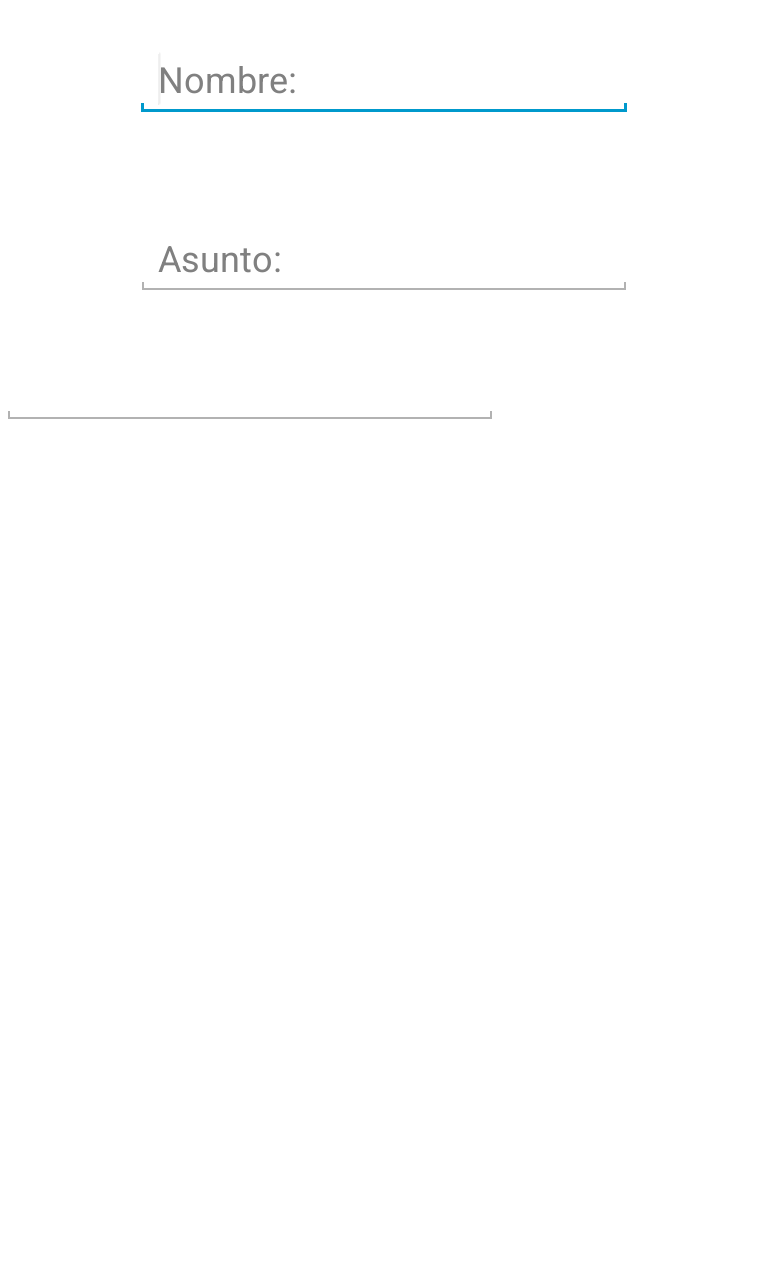
Repository: armandobs94/Dental.App
Layout: AplicacionMovil/DentalApp/Dental.App/res/layout/layout_contacto.xml
The author's editor kept a copy of each file at every save. The layout is drawn from the files as they stood at one save, then again after the next save.
It is drawn on a 768 x 1280 px phone screen (xhdpi) without system bars, with theme AppTheme; the app's code is not run.

Above is the layout before, as saved 2015-06-13 03:37:52.

### AplicacionMovil/DentalApp/Dental.App/res/layout/layout_contacto.xml
<?xml version="1.0" encoding="utf-8"?>
<RelativeLayout xmlns:android="http://schemas.android.com/apk/res/android"
    android:layout_width="match_parent"
    android:layout_height="match_parent" >

    <ScrollView
        android:id="@+id/scrollView1"
        android:layout_width="wrap_content"
        android:layout_height="wrap_content"
        android:layout_alignParentBottom="true"
        android:layout_alignParentLeft="true"
        android:layout_alignParentRight="true"
        android:layout_alignParentTop="true" >

        <LinearLayout
            android:layout_width="match_parent"
            android:layout_height="60dp"
            android:layout_marginTop="20dp"
            android:orientation="vertical" >

            <EditText
                android:id="@+id/editText1"
                android:hint="@string/campoNombre"
                android:layout_width="250dp"
                android:layout_height="wrap_content"
                android:layout_gravity="center_horizontal"
                android:ems="10" >

                <requestFocus />
            </EditText>

            <EditText
                android:id="@+id/editText2"
                android:layout_width="250dp"
                android:layout_height="wrap_content"
                android:layout_gravity="center_horizontal"
                android:ems="10"
                android:layout_marginTop="50dp"
                android:hint="@string/campoAsunto" />

            <EditText
                android:id="@+id/editText3"
                android:layout_marginTop="25dp"
                android:layout_width="250dp"
                android:layout_height="wrap_content"
                android:ems="10"
                android:inputType="textMultiLine" />

        </LinearLayout>
    </ScrollView>

</RelativeLayout>

### AplicacionMovil/DentalApp/Dental.App/res/values/strings.xml
<?xml version="1.0" encoding="utf-8"?>
<resources>

    <string name="app_name">Dental.App</string>
    <string name="action_settings">Configuración</string>
    <string name="hello_world">Hello world!</string>
    <string name="Usuario">Usuario:</string>
    <string name="Contra">Contraseña:</string>
    <string name="Entrar">Entrar</string>
    <string name="campoNombre">Nombre:</string>
    <string name="campoAsunto">Asunto:</string>
    <string name="campoComentario">Ingresa tu comentario aquí:</string>
    <string name="campo_cita">Tu cita es:</string>
    <string name="campoHorario">Horario:</string>
    <string name="botonEnviar">Enviar</string>
    <string name="titleContacto">Contacto</string>
    <item name="Contacto" type="id"/>
    <string name="titlePago">Pago</string>
    <item name="Pagar" type="id"/>

</resources>

Loaded but not shown: AplicacionMovil/DentalApp/Dental.App/res/values/styles.xml (common file); AplicacionMovil/DentalApp/Dental.App/res/values-v11/styles.xml (common file); AplicacionMovil/DentalApp/Dental.App/res/values-v14/styles.xml (common file)

After the next save:
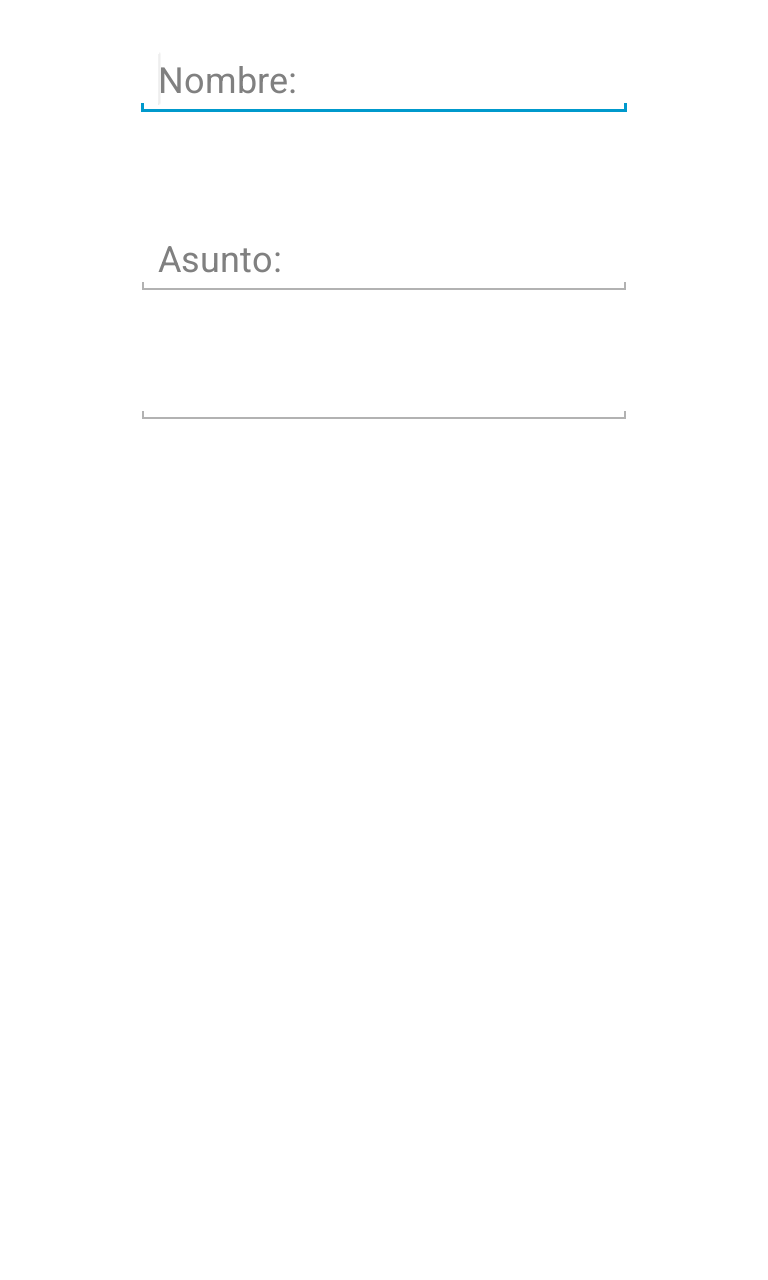
Saved 11 s later.
--- a/AplicacionMovil/DentalApp/Dental.App/res/layout/layout_contacto.xml
+++ b/AplicacionMovil/DentalApp/Dental.App/res/layout/layout_contacto.xml
@@ -40,9 +40,10 @@
 
             <EditText
                 android:id="@+id/editText3"
-                android:layout_marginTop="25dp"
                 android:layout_width="250dp"
                 android:layout_height="wrap_content"
+                android:layout_gravity="center_horizontal"
+                android:layout_marginTop="25dp"
                 android:ems="10"
                 android:inputType="textMultiLine" />
 
